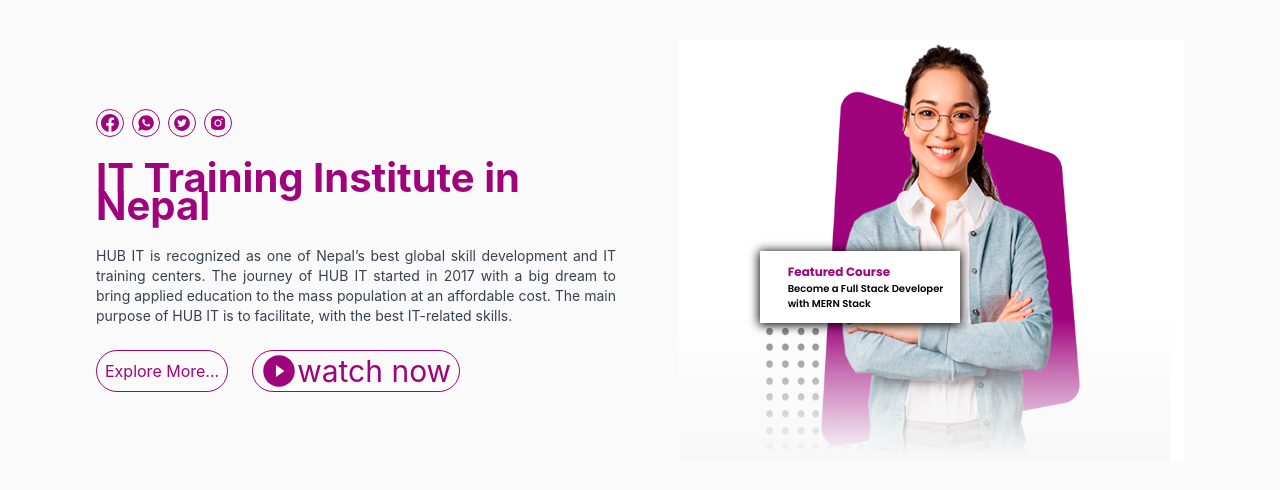
Repository: praveenmunagapati/hgllearnv2
Page: /HomePage/Home
These files come from the project's save history. The page is drawn as it stood at one moment and after the next save; the edit follows.
The browser window is 1280 px wide. The pictures show the whole page.
The project was rebuilt for these pictures with package versions that can differ from the ones it lists, and the page was loaded fresh each time. The framework's server and built-in components were replaced by stand-ins that run in the browser. Also part of the build but not shown: next.config.js.

Above is the page before, as saved 2023-01-03 14:28:06.

After the next save:
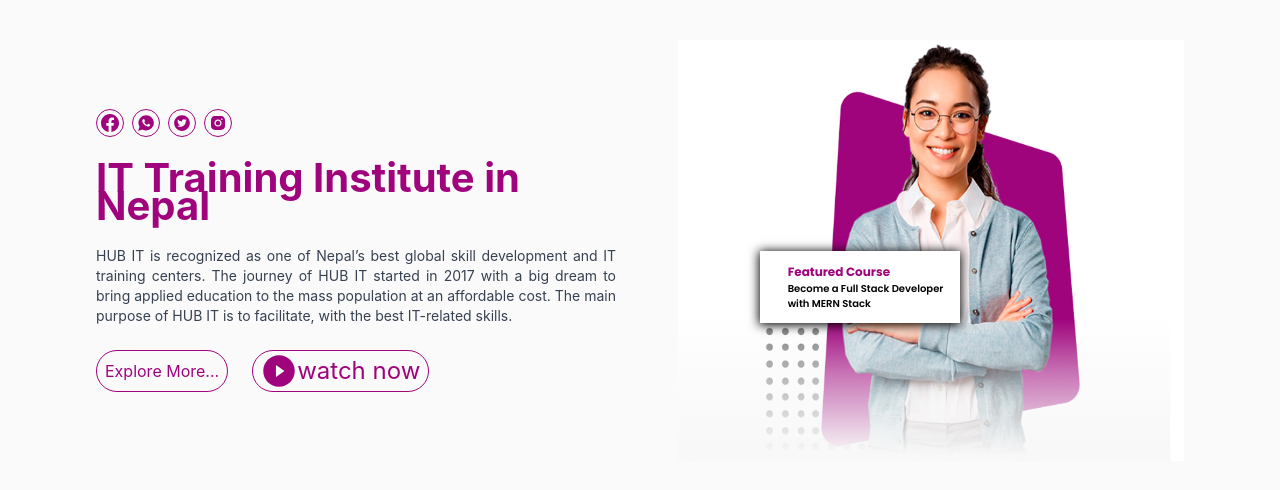
Saved 5 s later.
--- a/pages/HomePage/Home.jsx
+++ b/pages/HomePage/Home.jsx
@@ -53,7 +53,7 @@
             <div className=" h-max items-center cursor-pointer">
               <div className="flex border-[1.5px] border-[#A0047D] rounded-full mr-6 px-2 py-[2px] text-sm xl:text-base xxl:text-lg text-main hover:scale-105 transition-all ease-in-out duration-300 delay-100 hover:bg-main hover:text-white">
                 <AiFillPlayCircle className="text-[#a0047d] text-2xl md:hidden xl:text-4xl xxl:text-5xl" />
-                <button className="text-3xl">watch now</button>
+                <button className="text-2xl">watch now</button>
               </div>
             </div>
           </div>
